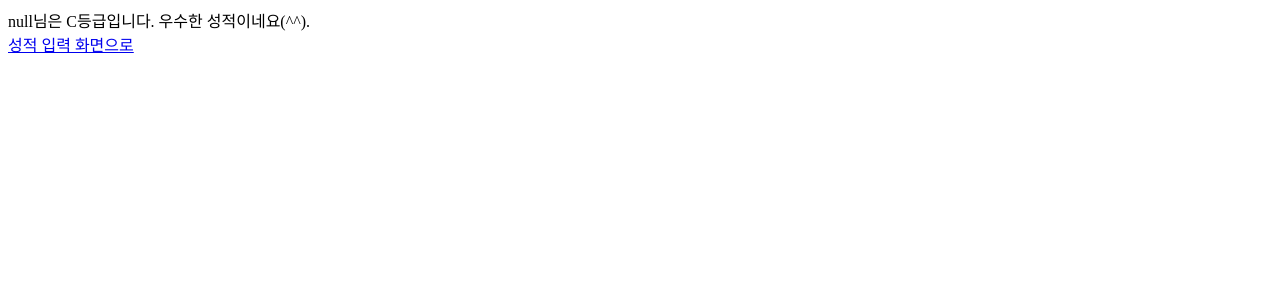
Repository: kdg0109/multicampus_course
Page: http://localhost/mvc/jspexam/gradeC.jsp
An editor plug-in stored every save of this project. The page is shown before and after the next save, followed by the edit.
The browser window is 1280 px wide. The pictures show the whole page.
The page is served by Tomcat 9. Other server files are loaded and not shown.

Above is the page before, as saved 2018-02-09 01:31:36.

### web course/workspace_web/mvc/WebContent/jspexam/gradeC.jsp
<%@ page language="java" contentType="text/html; charset=UTF-8"
    pageEncoding="UTF-8"%>
<!DOCTYPE html>
<html>
<head>
<meta charset="UTF-8">
<title>성적 결과</title>
</head>
<body>
<%= request.getParameter("name")%>님은 C등급입니다. 우수한 성적이네요(^^).<br>
<a	href="/mvc/htmlexam/eduForm.html">성적 입력 화면으로</a>
</body>
</html>

After the next save:
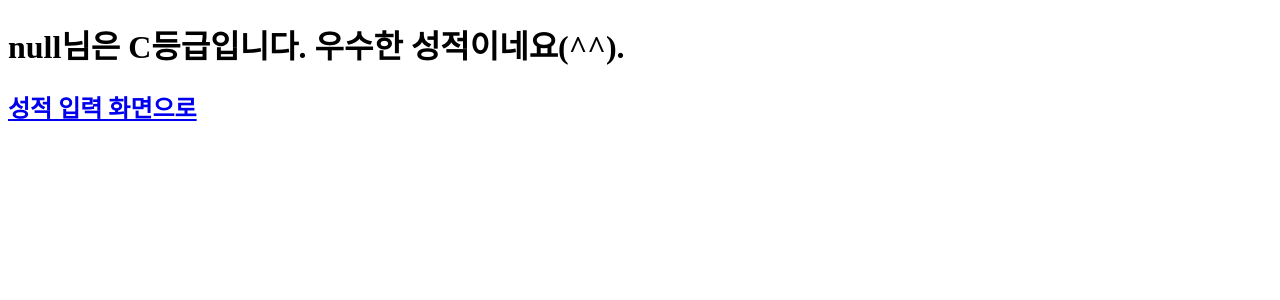
Saved 6 s later.
--- a/web course/workspace_web/mvc/WebContent/jspexam/gradeC.jsp
+++ b/web course/workspace_web/mvc/WebContent/jspexam/gradeC.jsp
@@ -7,7 +7,7 @@
 <title>성적 결과</title>
 </head>
 <body>
-<%= request.getParameter("name")%>님은 C등급입니다. 우수한 성적이네요(^^).<br>
+<h1><%= request.getParameter("name")%>님은 C등급입니다. 우수한 성적이네요(^^).<br><h2>
 <a	href="/mvc/htmlexam/eduForm.html">성적 입력 화면으로</a>
 </body>
 </html>
